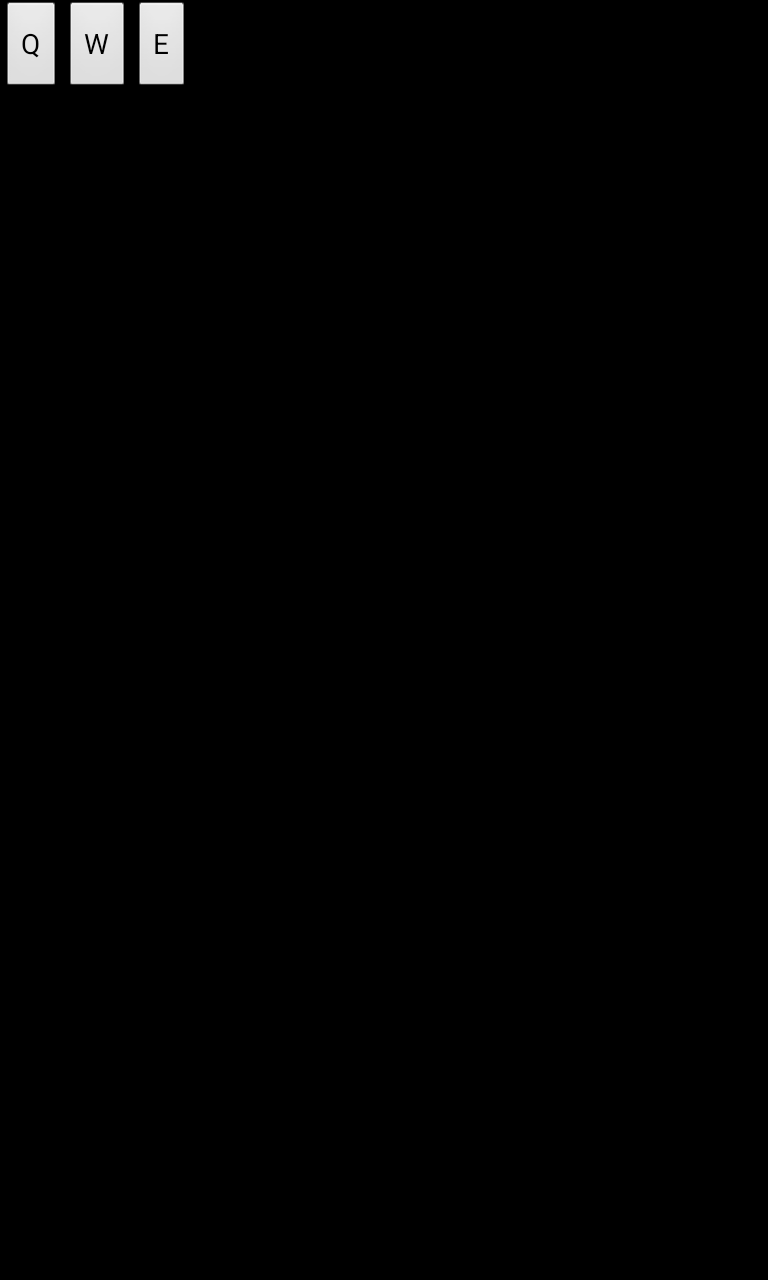
Repository: simplesns/workspace
Layout: eclipse/DEPuzzles/res/layout/ui_keypad.xml
These files come from the project's save history. The layout is drawn as it stood at one moment and after the next save; the edit follows.
It is drawn on a 768 x 1280 px phone screen (xhdpi) without system bars, with theme android:Theme; the app's code is not run.

Above is the layout before, as saved 2011-01-27 10:05:47.

### eclipse/DEPuzzles/res/layout/ui_keypad.xml
<?xml version="1.0" encoding="utf-8"?>
<LinearLayout xmlns:android="http://schemas.android.com/apk/res/android"
	android:layout_width="fill_parent" android:layout_height="fill_parent">
	<LinearLayout android:id="@+id/LinearLayout01"
		android:layout_width="fill_parent" android:layout_height="wrap_content">
		<Button android:id="@+id/Button01" android:layout_width="wrap_content"
			android:layout_height="wrap_content" android:text="Q"></Button>
		<Button android:id="@+id/Button02" android:layout_width="wrap_content"
			android:layout_height="wrap_content" android:text="W"></Button>
		<Button android:id="@+id/Button03" android:layout_width="wrap_content"
			android:layout_height="wrap_content" android:text="E"></Button>
	</LinearLayout>
	<LinearLayout android:id="@+id/LinearLayout02"
		android:layout_width="wrap_content" android:layout_height="wrap_content"></LinearLayout>
	<LinearLayout android:id="@+id/LinearLayout03"
		android:layout_width="wrap_content" android:layout_height="wrap_content">
		<Button android:text="+" android:id="@+id/Button04"
			android:layout_width="wrap_content" android:layout_height="wrap_content"></Button>
	</LinearLayout>

</LinearLayout>

After the next save:
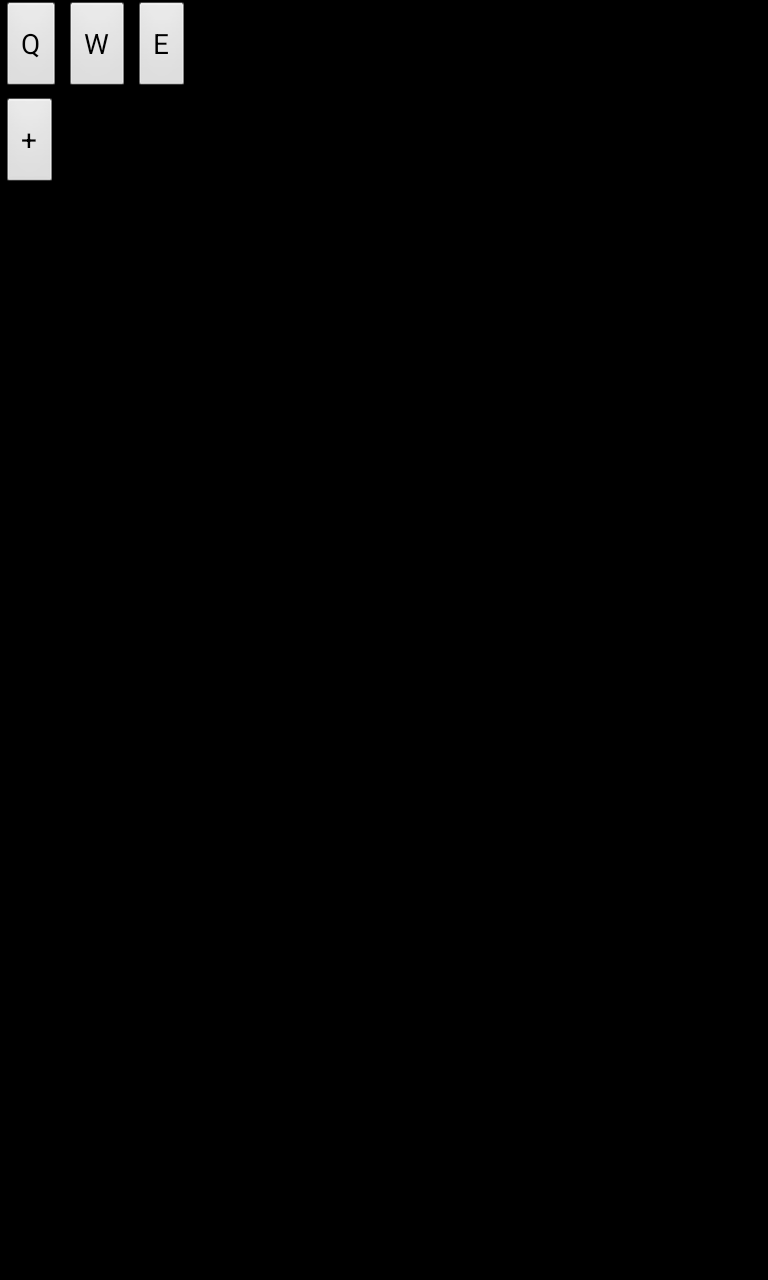
Saved 25 s later.
--- a/eclipse/DEPuzzles/res/layout/ui_keypad.xml
+++ b/eclipse/DEPuzzles/res/layout/ui_keypad.xml
@@ -1,6 +1,6 @@
 <?xml version="1.0" encoding="utf-8"?>
 <LinearLayout xmlns:android="http://schemas.android.com/apk/res/android"
-	android:layout_width="fill_parent" android:layout_height="fill_parent">
+	android:layout_width="fill_parent" android:layout_height="fill_parent" android:orientation="vertical">
 	<LinearLayout android:id="@+id/LinearLayout01"
 		android:layout_width="fill_parent" android:layout_height="wrap_content">
 		<Button android:id="@+id/Button01" android:layout_width="wrap_content"
